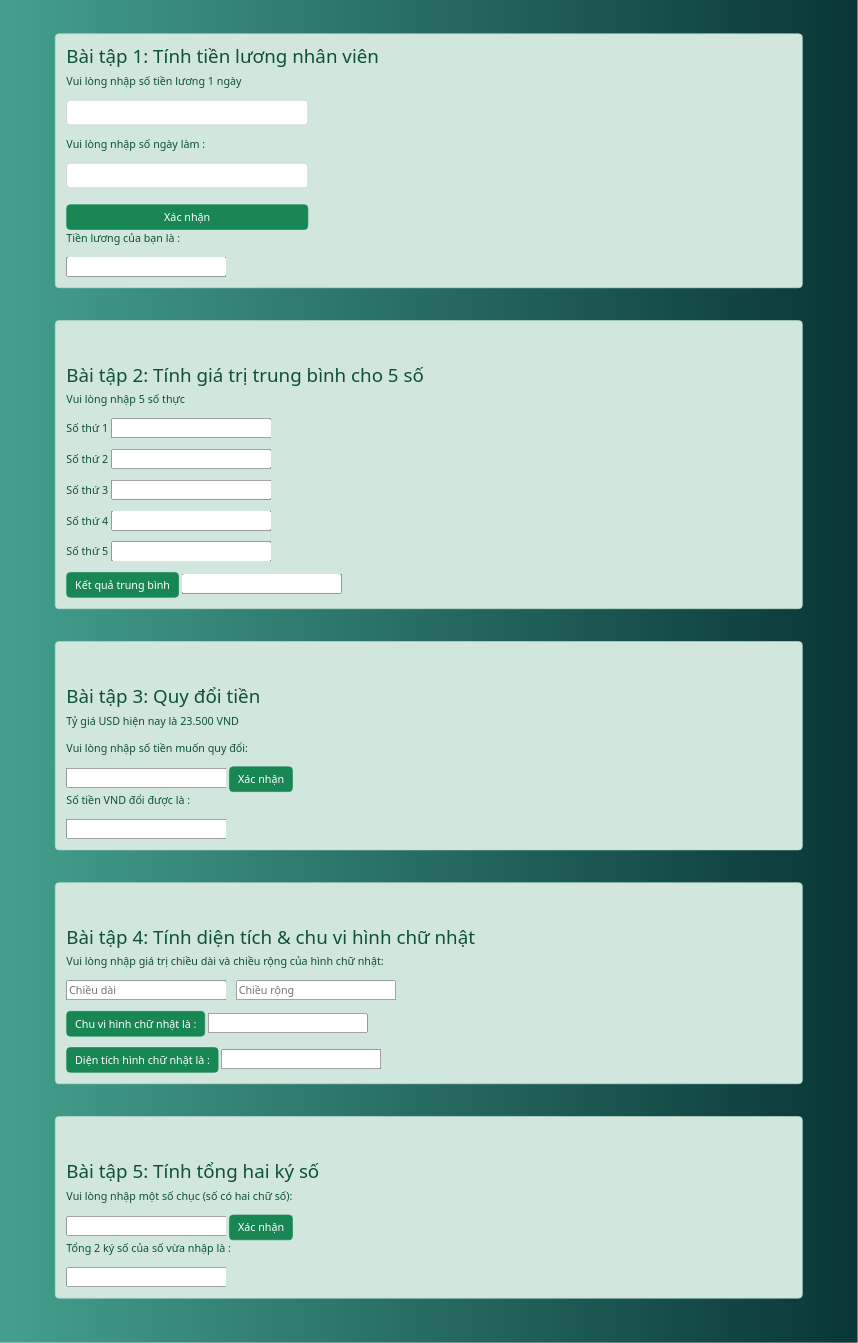
Repository: hcozyph/TranHuuPhuoc_BC43_BT_JS_Buoi2
Page: index.html
An editor plug-in stored every save of this project. The page is shown before and after the next save, followed by the edit.
The browser window is 1280 px wide. The pictures show the whole page, at 67% of full size.

Above is the page before, as saved 2023-02-03 20:41:36.

After the next save:
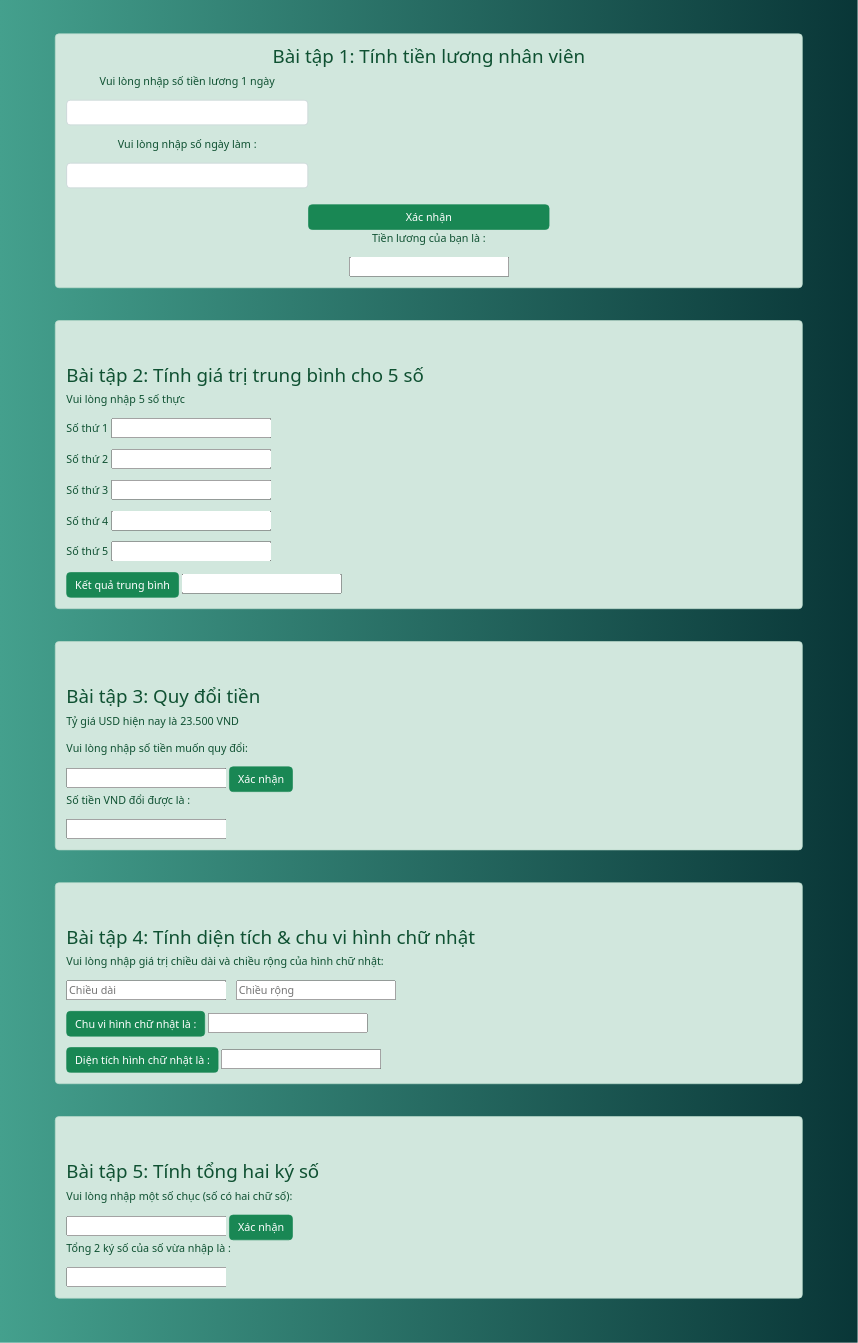
Saved 17 s later.
--- a/index.html
+++ b/index.html
@@ -45,7 +45,7 @@
             <!-- BT1 -->
             <div class="container">
                 <!-- BT-1 -->
-                <div class="BT1 alert alert-success">
+                <div class="BT1 alert alert-success text-center">
                     <h1 class="fs-3">Bài tập 1: Tính tiền lương nhân viên</h1>
 
                     <div class="col-4">
